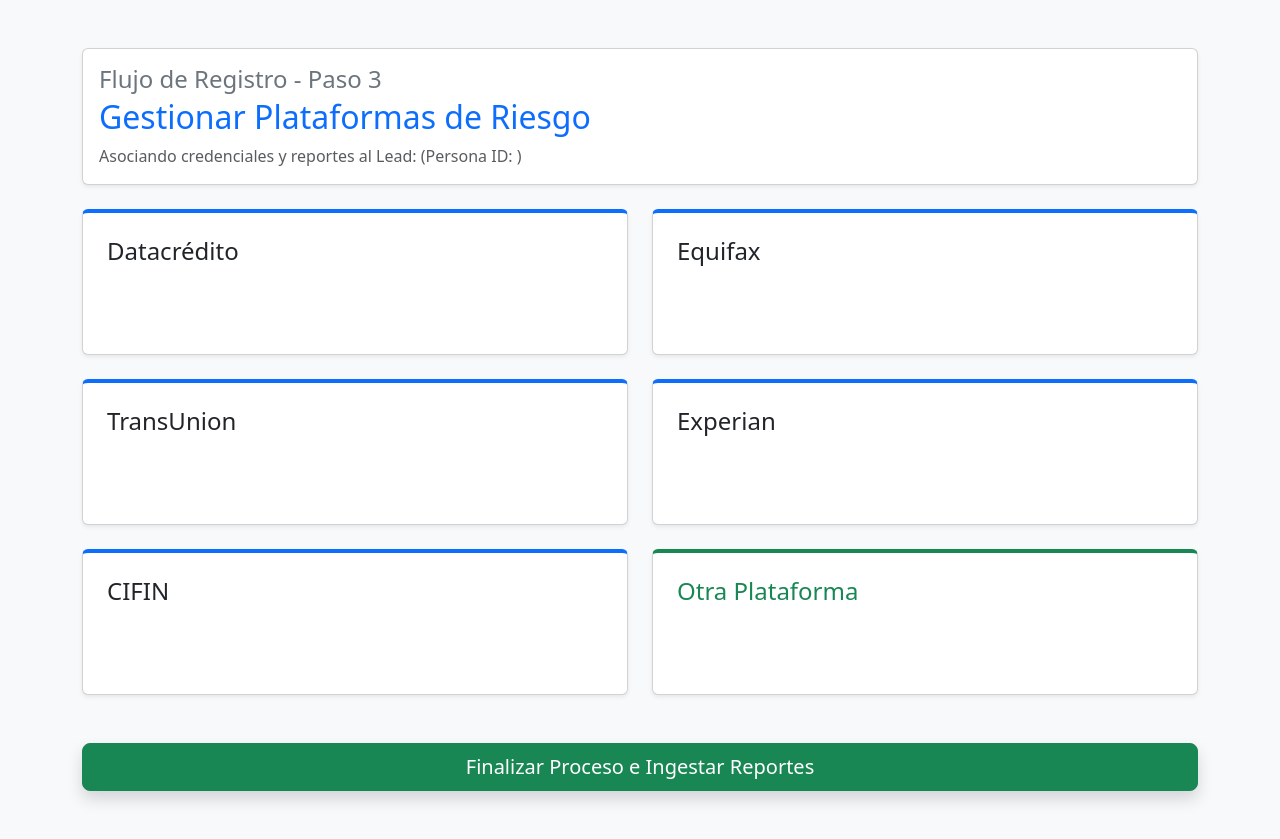
Repository: LuhizK/crm_ventas
Page: leads/templates/leads/registro_plataformas.html
The author's editor kept a copy of each file at every save. The page is drawn from the files as they stood at one save, then again after the next save.
The browser window is 1280 px wide. The pictures show the whole page.
The template is drawn by Django 5.2. The application's start-up code is not run. The template is opened directly, without the code that normally fills it, so the values that code supplies are empty.

Above is the page before, as saved 2026-07-06 23:13:01.

After the next save:
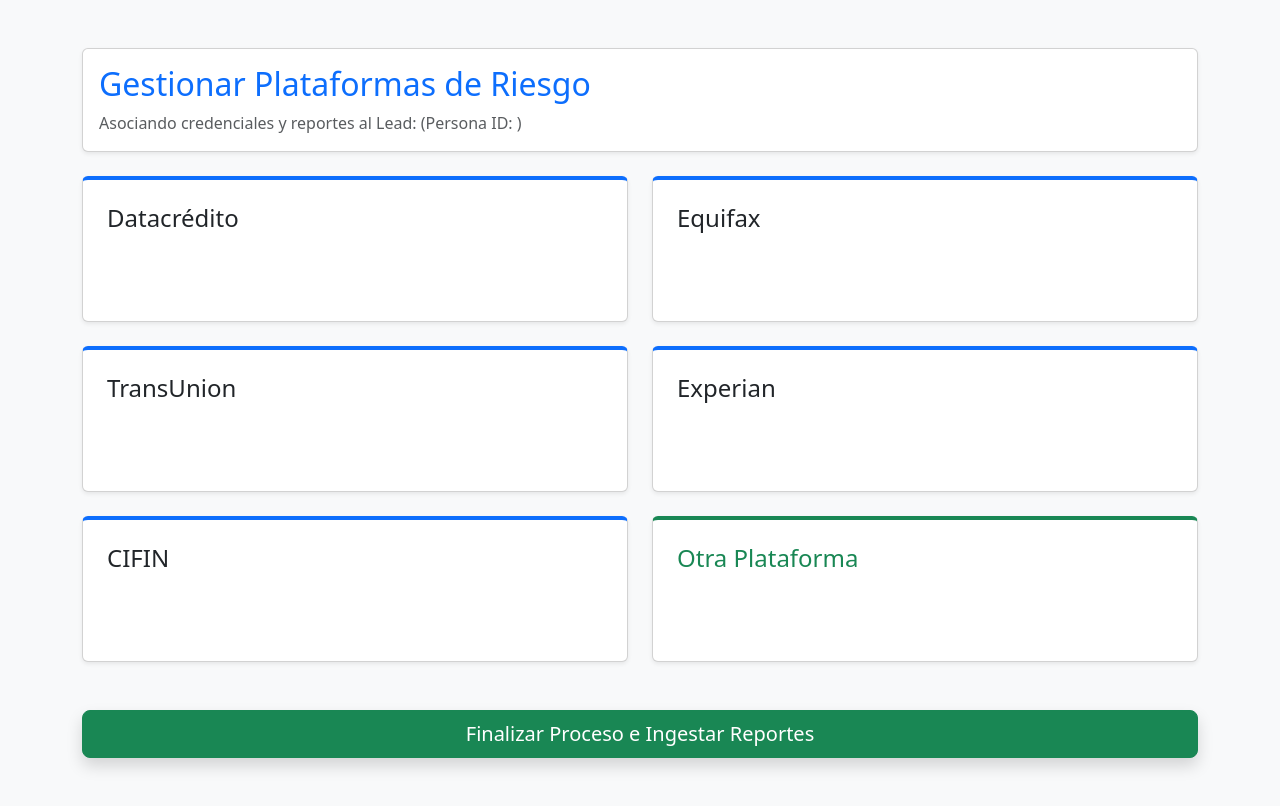
Saved 55 s later.
--- a/leads/templates/leads/registro_plataformas.html
+++ b/leads/templates/leads/registro_plataformas.html
@@ -14,7 +14,6 @@
 
     <div class="container mt-5 mb-5">
         <div class="card p-3 mb-4 bg-white shadow-sm">
-            <h4 class="text-secondary mb-1">Flujo de Registro - Paso 3</h4>
             <h2 class="text-primary m-0">Gestionar Plataformas de Riesgo</h2>
             <p class="text-muted mt-2 mb-0">
                 Asociando credenciales y reportes al Lead: <strong>{{ lead.telefono_marcado }}</strong>
